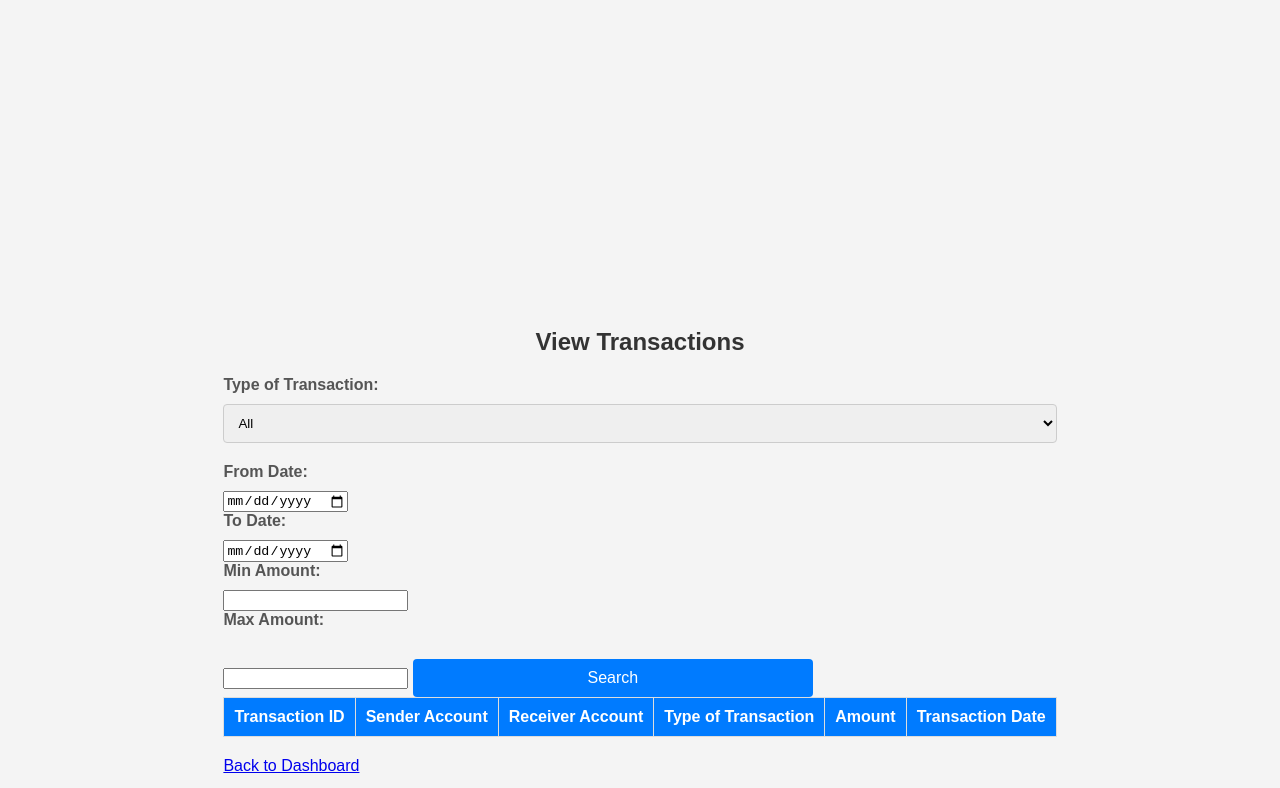
Repository: vinayakGarudi2002/swabhavTrainingProjects
Page: http://localhost/01_banking_application/viewTransactions.jsp
An editor plug-in stored every save of this project. The page is shown before and after the next save, followed by the edit.
The browser window is 1280 px wide. The pictures show the whole page.
The page is served by Tomcat 9. Queries for data that is not in the repository find no rows.

Above is the page before, as saved 2024-08-13 17:03:16.

After the next save:
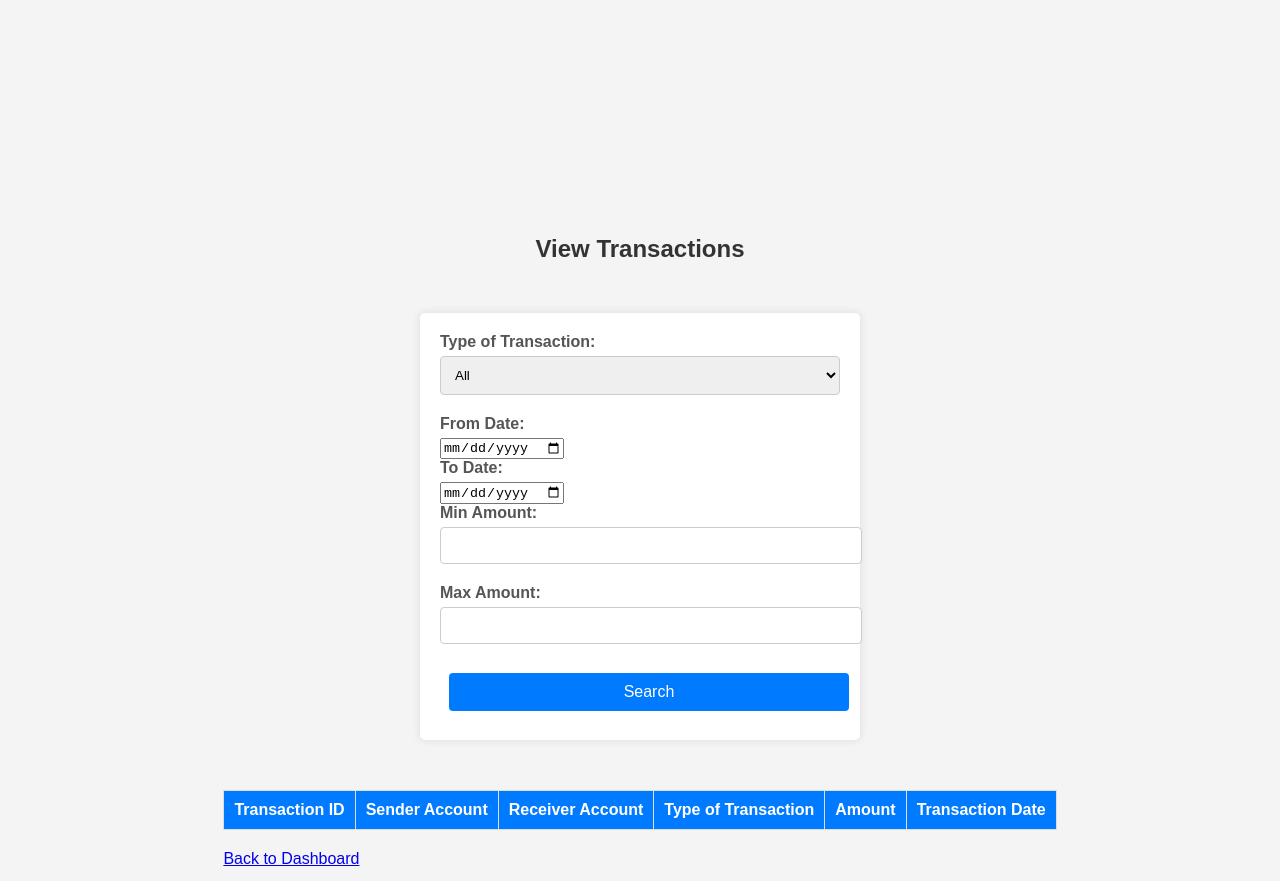
Saved 3 min 9 s later.
--- a/01_banking_application/WebContent/viewTransactions.jsp
+++ b/01_banking_application/WebContent/viewTransactions.jsp
@@ -25,7 +25,7 @@
     <div class="transaction-view-container">
         <h2>View Transactions</h2>
 
-        <form method="get">
+        <form class="form-container" method="get">
             <label for="typeOfTransaction">Type of Transaction:</label>
             <select name="typeOfTransaction" id="typeOfTransaction">
                 <option value="">All</option>
